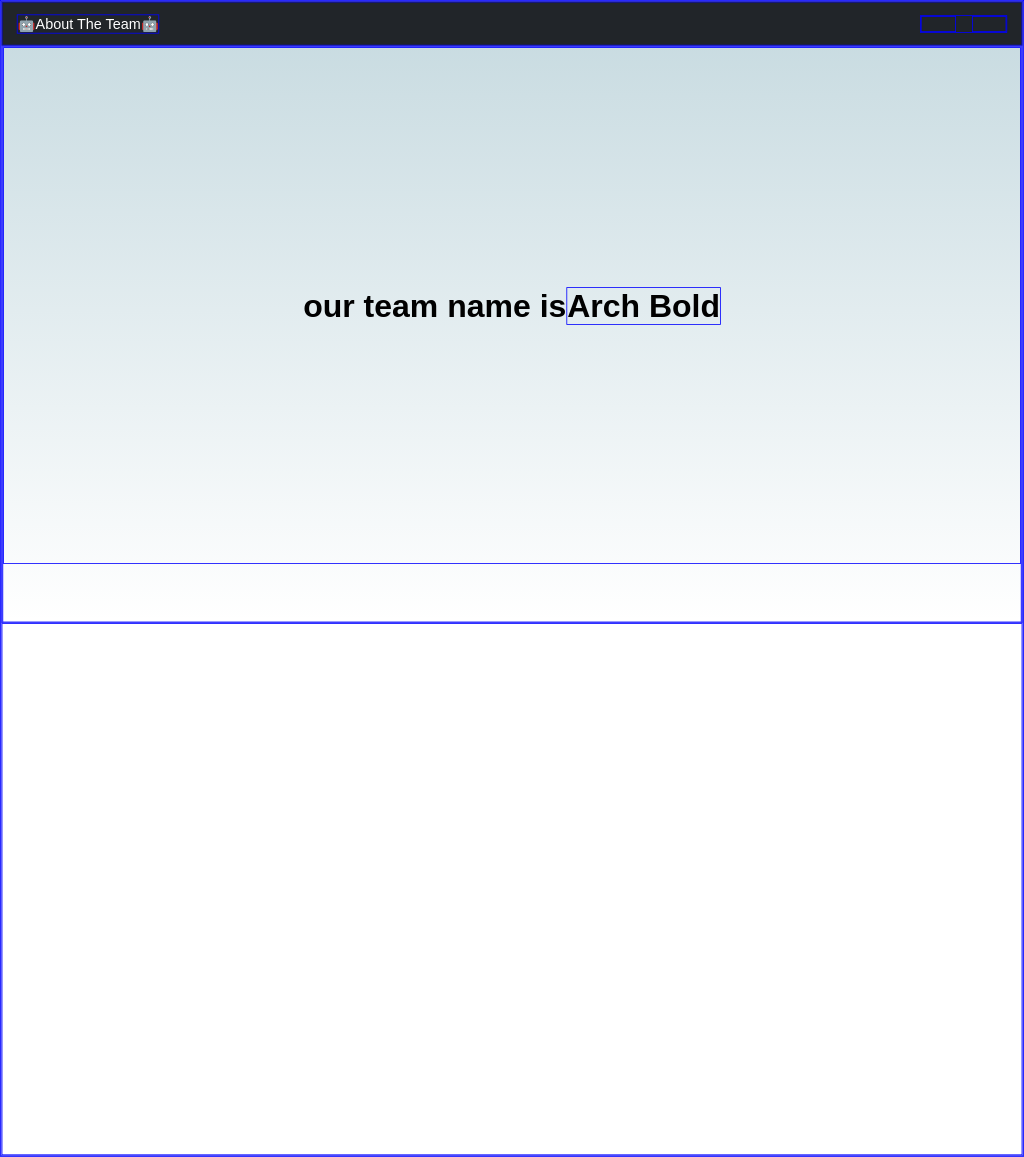
Repository: ammarsetiawan/gps-traker
Page: about.html
The author's editor kept a copy of each file at every save. The page is drawn from the files as they stood at one save, then again after a run of saves.
The browser window is 1280 px wide. The pictures show the whole page, at 80% of full size.

Above is the page before, as saved 2025-11-25 17:13:38.

### about.html
<!DOCTYPE html>
<html lang="en">

<head>
    <meta charset="UTF-8">
    <meta name="viewport" content="width=device-width, initial-scale=1.0">
    <title>GPS Tracking</title>
    <link rel="stylesheet" href="https://unpkg.com/leaflet/dist/leaflet.css" />


</head>
<style>
    * {
        margin: 0;
        padding: 0;
        box-sizing: border-box;
        font-family: Arial, sans-serif;
        border: blue 1px solid;
    }

    body {
        background: #fff;
    }

    /* NAVBAR */
    nav {
        background-color: #212529;
        height: 55px;
        display: flex;
        align-items: center;
        padding: 0 18px;
        position: relative;
    }

    nav .brand {
        font-size: 18px;
        font-weight: 500;
        color: white;
    }

    nav ul {
        list-style: none;
        display: flex;
        gap: 20px;
        margin-left: auto;
    }

    nav ul li a {
        text-decoration: none;
        color: rgba(255, 255, 255, 0.8);
        font-size: 15px;
        transition: .2s;
        opacity: 0;
    }

    nav ul li a:hover {
        color: white;
        opacity: 1;
    }

    /* ----- style page ----- */

    .background {
        background: linear-gradient(to bottom, rgba(73, 136, 155, 0.295), rgba(92, 92, 88, 0));
        width: 100%;
        height: 100dvh;
    }

    .container {
        height: 90%;
        display: flex;
        justify-content: center;
        align-items: center;
        font-size: 40px;
        font-weight: bold;
        font-family: "Comic Sans MS", "Comic Sans", cursive, sans-serif;
    }

    #menuBtn {
        display: none;
        margin-left: auto;
        background: transparent;
        border: 1px solid rgba(255, 255, 255, 0.5);
        padding: 6px 10px;
        border-radius: 6px;
        cursor: pointer;
    }

    #menuBtn div {
        width: 18px;
        height: 2px;
        background: white;
        margin: 4px 0;
        transition: .3s;

    }

    /* ----- Responsive menu collapse ----- */
    @media (max-width: 768px) {
        nav ul {
            position: absolute;
            top: 55px;
            right: 0;
            background: #212529;
            width: 160px;
            flex-direction: column;
            padding: 10px;
            display: none;
            border-bottom-left-radius: 10px;
        }

        #menuBtn {
            display: block;

        }
    }

    /* Map area (placeholder section) */
    #content {
        height: calc(100vh - 55px);
        width: 100%;
        background: white;
    }
</style>

<body>

    <nav>
        <h2 class="brand">🤖About The Team🤖 </h2>

        <button id="menuBtn">
            <div></div>
            <div></div>
            <div></div>
        </button>

        <ul id="menu">
            <li><a href="index.html">Home</a></li>
            <li><a href="#">About</a></li>
        </ul>
    </nav>
    <section class="bg">
        <div class="background">
            <div class="container">
                our team name is <span>Arch Bold</span>
            </div>
        </div>
    </section>

    <div id="content"></div> <!-- ini nanti bisa jadi map atau konten lain -->

    <script>
        const btn = document.getElementById("menuBtn");
        const menu = document.getElementById("menu");
        let open = false;

        btn.addEventListener("click", () => {
            open = !open;
            menu.style.display = open ? "flex" : "none";
            menu.style.opacity = "0.8";
            menu.style.transition = "ease-in-out 1s"
        });
    </script>

</body>

</html>

After the next 4 saves:
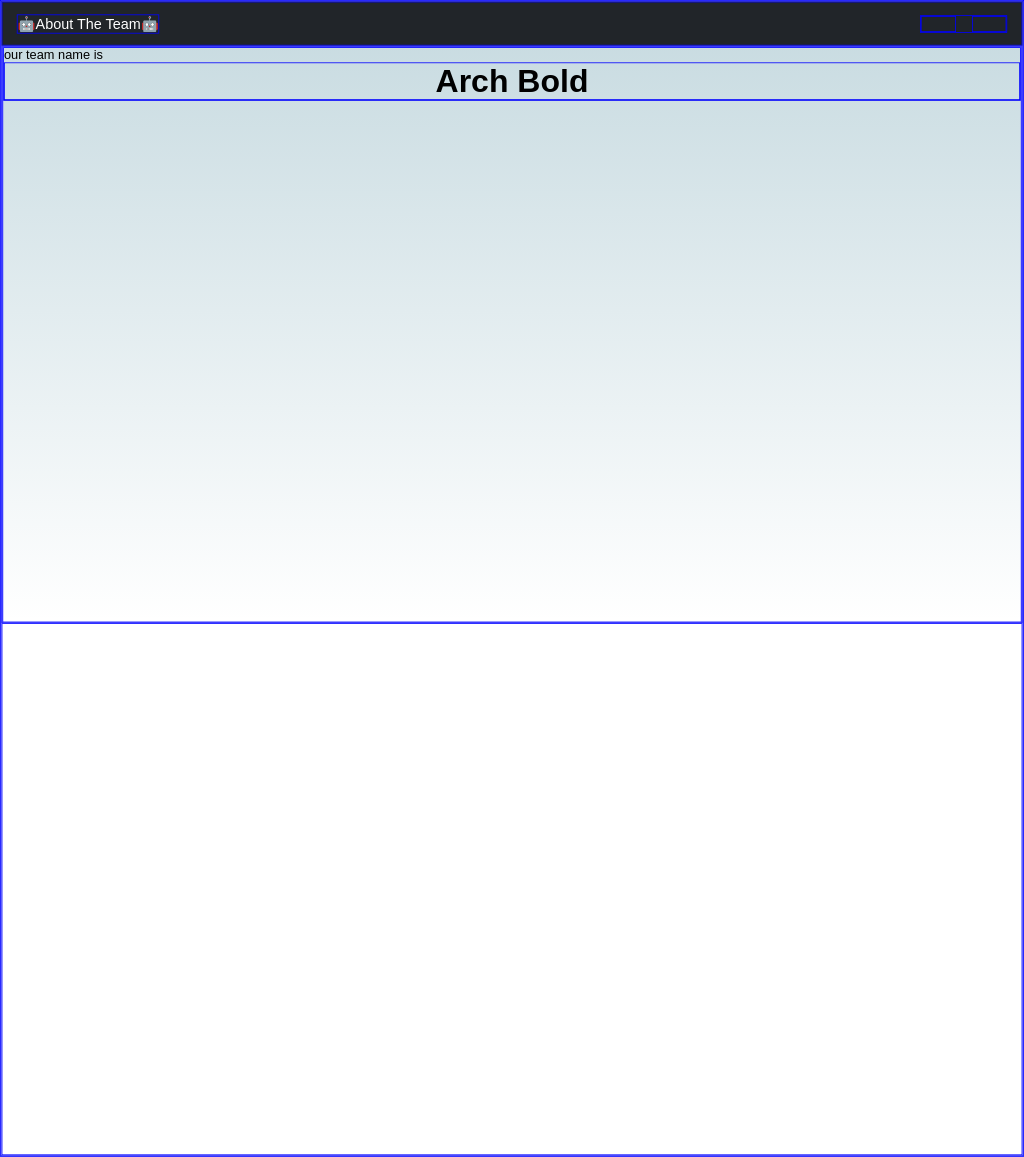
The 4 saves are shown as one change because they came seconds apart.
The last was saved 19 s later.
--- a/about.html
+++ b/about.html
@@ -66,7 +66,7 @@
         height: 100dvh;
     }
 
-    .container {
+    .container span {
         height: 90%;
         display: flex;
         justify-content: center;
